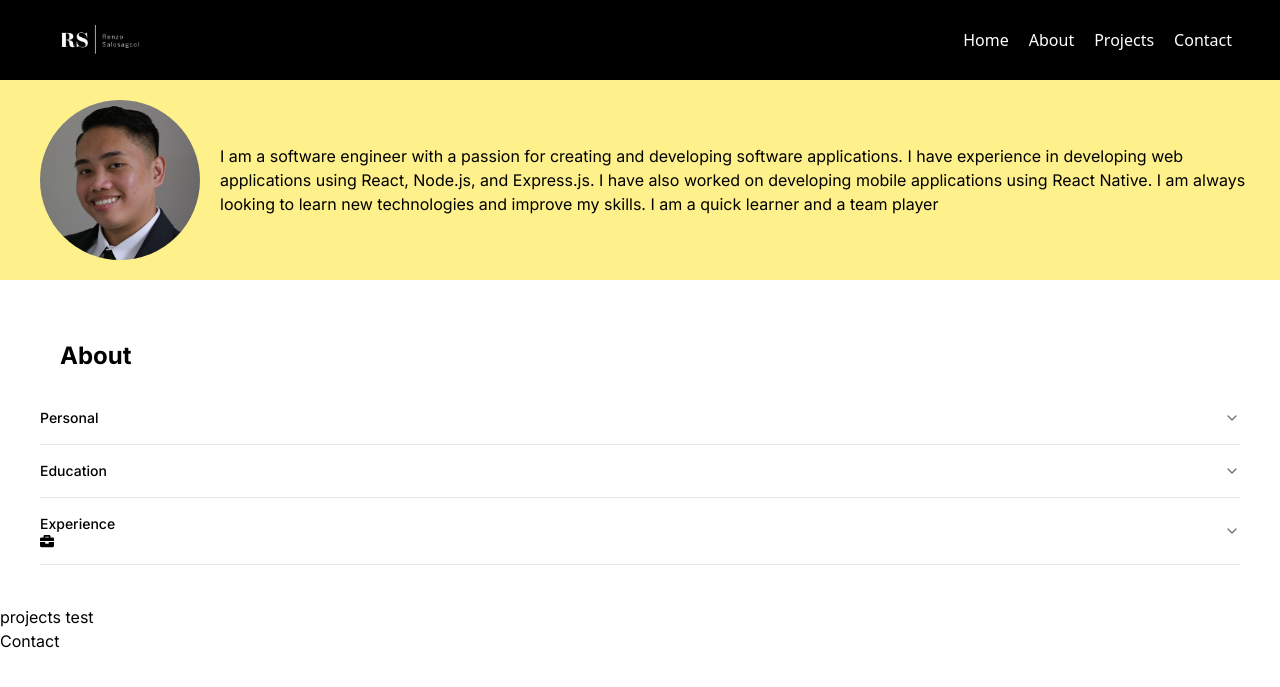
Repository: Renzo-Salosagcol/Portfolio-Website
Page: / (app in resume_website/)
These files come from the project's save history. The page is drawn as it stood at one moment and after a run of saves; the edit follows.
The browser window is 1280 px wide. The pictures show the whole page.
The project was rebuilt for these pictures with package versions that can differ from the ones it lists, and the page was loaded fresh each time. Also part of the build but not shown: resume_website/vite.config.js.

Above is the page before, as saved 2024-12-10 15:42:31.

After the next 2 saves:
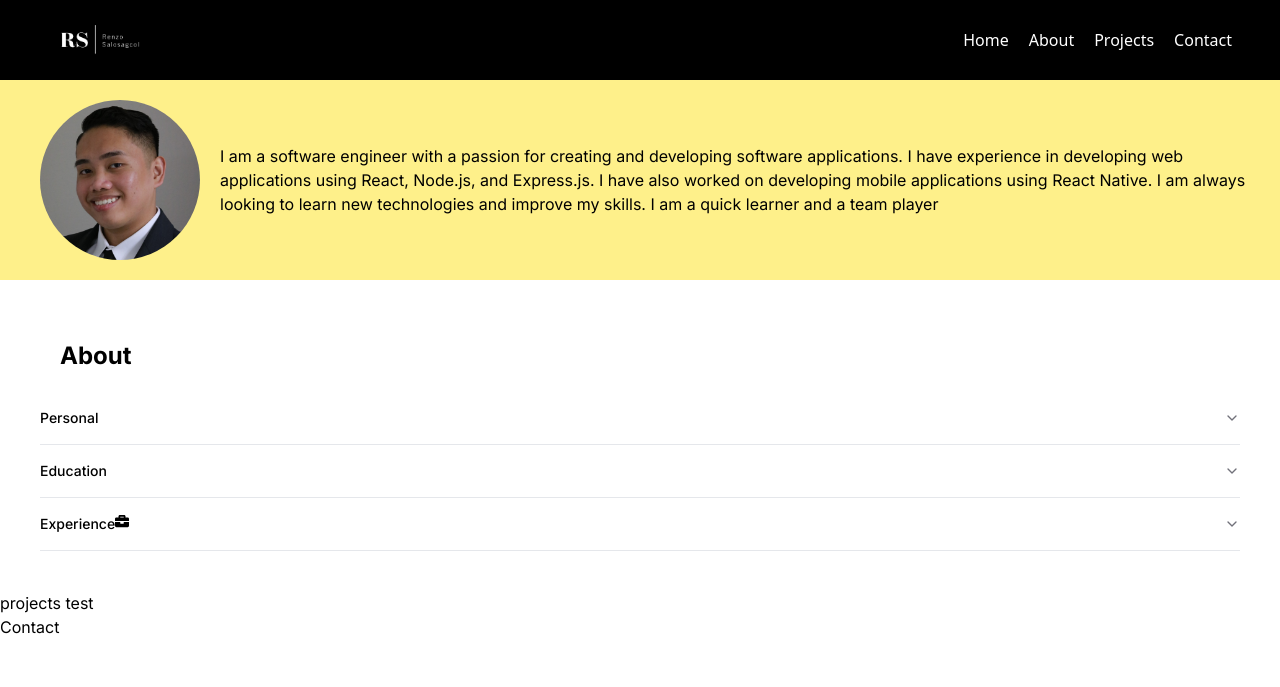
The 2 saves are shown as one change because they came seconds apart.
The last was saved 8 s later.
--- a/resume_website/src/components/about.jsx
+++ b/resume_website/src/components/about.jsx
@@ -26,7 +26,7 @@ const About = () => {
         </AccordionItem>
         <AccordionItem value="item-3">
           <AccordionTrigger className="">
-            <p className="inline">Experience<FaBriefcase></FaBriefcase></p>
+            <p className="inline-flex">Experience <FaBriefcase></FaBriefcase></p>
           </AccordionTrigger>
           <AccordionContent>
             Skills Text
